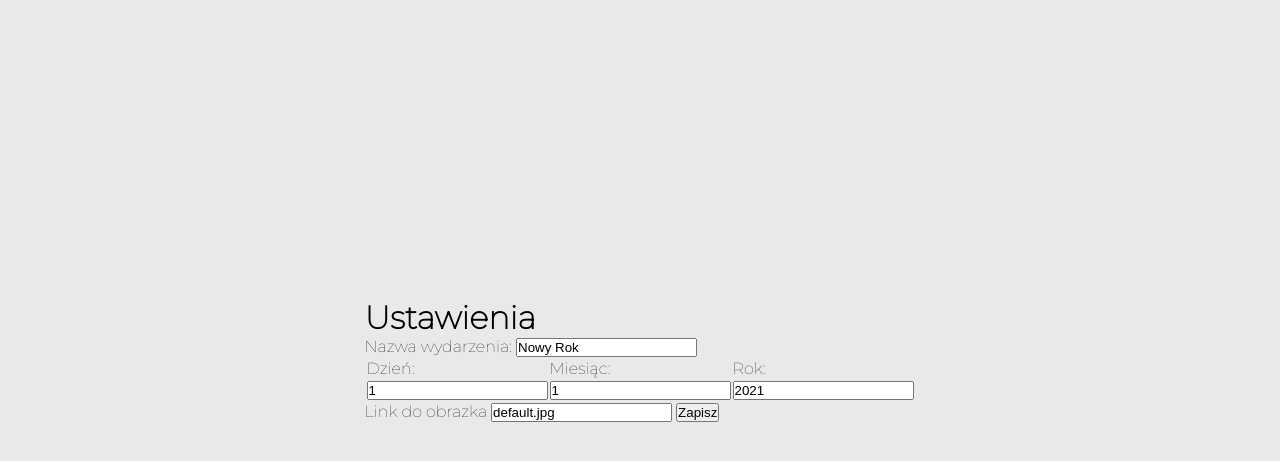
Repository: KrzysKolo/Projekt-8_Czasomierz
Page: index.html
These files come from the project's save history. The page is drawn as it stood at one moment and after the next save; the edit follows.
The browser window is 1280 px wide. The pictures show the whole page.
Some icons come from a web library that is not loaded, so they are not drawn. Some web libraries are served in a nearby version.

Above is the page before, as saved 2020-07-19 05:39:16.

### index.html
<!DOCTYPE html>
<html lang="en">
  <head>
    <meta charset="UTF-8" />
    <meta name="viewport" content="width=device-width, initial-scale=1.0" />
    <script
      src="https://kit.fontawesome.com/21efeaf281.js"
      crossorigin="anonymous"
    ></script>
    <link
      href="https://fonts.googleapis.com/css2?family=Montserrat:wght@100&display=swap"
      rel="stylesheet"
    />
    <link rel="stylesheet" href="/css/style.css" />
    <title>Projekt 9</title>
  </head>
  <body>
    <main class="counter-app">
      <div class="settings active">
        <h1>Ustawienia</h1>
        <label for="event-name">Nazwa wydarzenia: </label>
        <input type="text" id="event-name" value="Nowy Rok" />
        <table class="date">
          <tr>
            <td><label for="event-day">Dzień:</label></td>
            <td><label for="event-month">Miesiąc:</label></td>
            <td><label for="event-year">Rok:</label></td>
          </tr>
          <tr>
            <td>
              <input type="number" id="event-day" maxlength="2" value="1" />
            </td>
            <td>
              <input type="number" id="event-month" maxlength="2" value="1" />
            </td>
            <td>
              <input type="number" id="event-year" maxlength="4" value="2021" />
            </td>
          </tr>
        </table>
        <label for="eveny-image">Link do obrazka</label>
        <input type="text" id="eveny-image" value="default.jpg" />
        <button class="save">Zapisz</button>
      </div>
    </main>
    <script src="./js/index.js"></script>
  </body>
</html>

### css/style.css
* {
  box-sizing: border-box;
  margin: 0;
  padding: 0;
}
body {
  display: flex;
  justify-content: center;
  align-items: center;
  min-height: 100vh;
  font-family: "Montserrat", sans-serif;
  background-color: rgb(233, 233, 233);
}

Loaded but not shown: js/index.js (no copy from this time; the picture is the same without it)

After the next save:
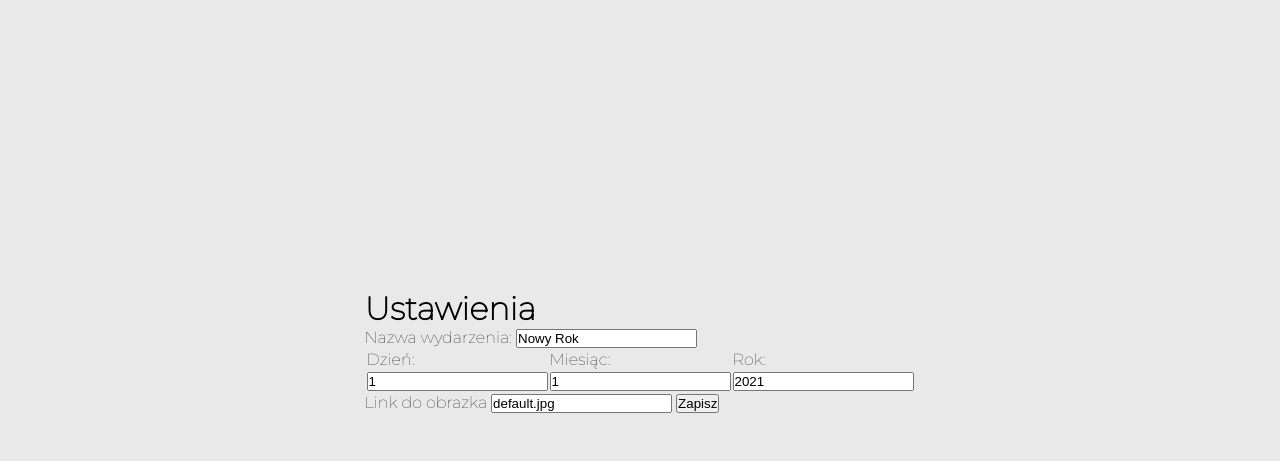
Saved 4 min 13 s later.
--- a/index.html
+++ b/index.html
@@ -42,6 +42,14 @@
         <input type="text" id="eveny-image" value="default.jpg" />
         <button class="save">Zapisz</button>
       </div>
+
+      <div class="app-body">
+        <div class="image-section">
+          <div class="settings-btn">
+            <i class="fas"></i>
+          </div>
+        </div>
+      </div>
     </main>
     <script src="./js/index.js"></script>
   </body>
